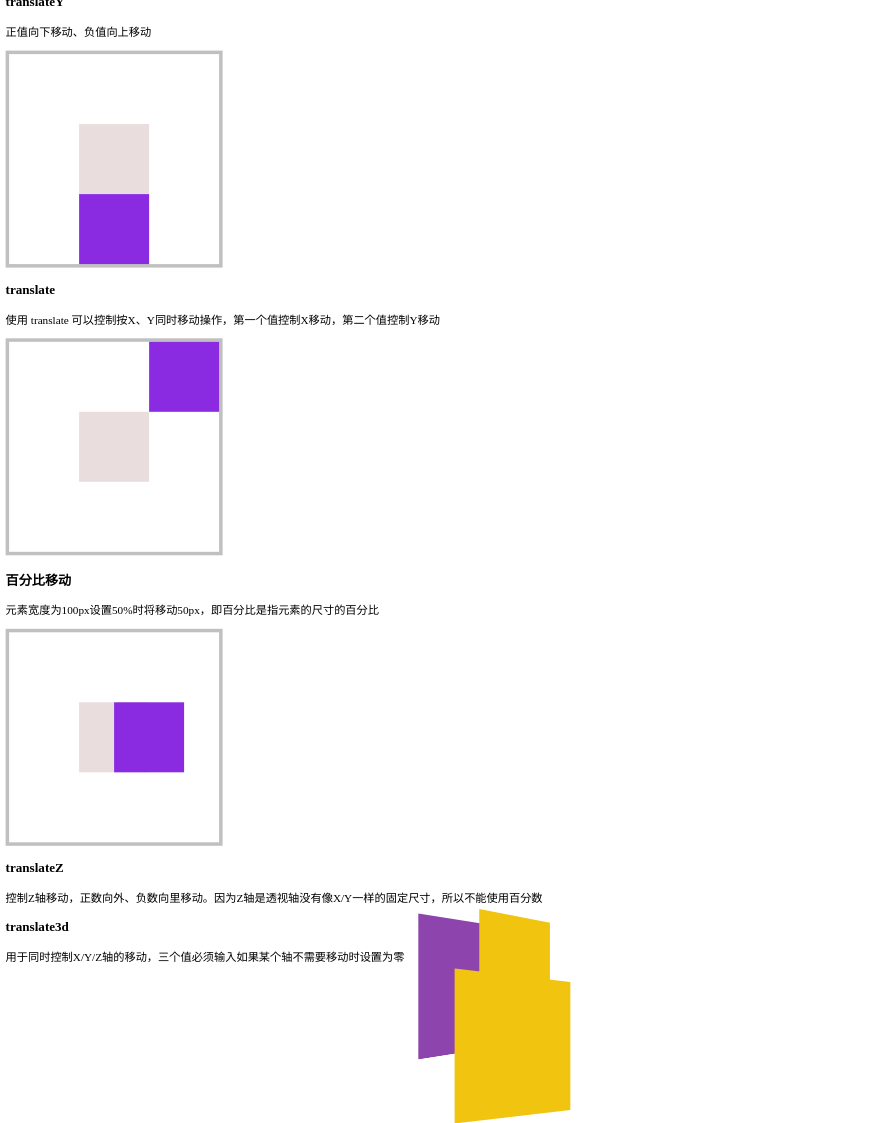
Repository: Aissd/animateDemo
Page: translate.html
An editor plug-in stored every save of this project. The page is shown before and after the next save, followed by the edit.
The browser window is 1280 px wide. The pictures show the part of the page from y = 1386 to 3306 px (the page is 2990 px tall before and 3306 px after), at 70% of full size.

Above is the page before, as saved 2020-05-11 23:21:59.

### translate.html
<!DOCTYPE html>
<html lang="en">
<head>
    <meta charset="UTF-8">
    <meta name="viewport" content="width=device-width, initial-scale=1.0">
    <title>变形动画</title>
    <link rel="stylesheet" href="./css/translate.css" />
</head>
<body>
    <div class="container">
        <section class="demo-section">
            <h3>变形叠加</h3>
            <p>下面设置了两次移动，并不会移动 550px 而是只移动50px</p>
            <div class="demo01"></div>
        </section>

        <section class="demo-section">
            <h3>伪类叠加</h3>
            <div class="demo02"></div>
        </section>

        <section class="demo-section">
            <h3>行内元素</h3>
            <p>行内元素不产生变形效果，将其转为 inline-block 或 block 以及弹性元素时都可以产生变化效果</p>
            <span class="demo03">hdcms</span>
        </section>

        <section class="demo-section">
            <h3>:target</h3>
            <article class="demo04">
                <div>
                    <a href="#hdcms">hdcms</a>
                    <aside id="hdcms">内容管理系统</aside>
                </div>
                <div>
                    <a href="#houdunren">houdunren</a>
                    <aside id="houdunren">在线社区</aside>
                </div>
            </article>
        </section>

        <section class="demo-section">
            <h3>translateX</h3>
            <p>正值向右移动、负值向左移动</p>
            <article class="demo05">
                <div></div>
                <div></div>
            </article>
        </section>

        <section class="demo-section">
            <h3>translateY</h3>
            <p>正值向下移动、负值向上移动</p>
            <article class="demo06">
                <div></div>
                <div></div>
            </article>
        </section>

        <section class="demo-section">
            <h3>translate</h3>
            <p>使用 translate 可以控制按X、Y同时移动操作，第一个值控制X移动，第二个值控制Y移动</p>
            <article class="demo07">
                <div></div>
                <div></div>
            </article>
        </section>

        <section class="demo-section">
            <h3>百分比移动</h3>
            <p>元素宽度为100px设置50%时将移动50px，即百分比是指元素的尺寸的百分比</p>
            <article class="demo08">
                <div></div>
                <div></div>
            </article>
        </section>

        <section class="demo-section">
            <h3>translateZ</h3>
            <p>控制Z轴移动，正数向外、负数向里移动。因为Z轴是透视轴没有像X/Y一样的固定尺寸，所以不能使用百分数</p>
            <div class="rel">
                <main class="demo10">
                    <div class="f"></div>
                    <div class="b"></div>
                </main>
            </div>
        </section>

        <section class="demo-section">
            <h3>translate3d</h3>
            <p>用于同时控制X/Y/Z轴的移动，三个值必须输入如果某个轴不需要移动时设置为零</p>
            <div class="rel">
                <main class="demo11">
                    <div></div>
                </main>
            </div>
        </section>
    </div>
</body>
</html>

### css/translate.css
.rel {
    position: relative;
}

.demo-section {
    margin-bottom: 20px;
}

.demo01 {
    transform: translateX(500px);
    width: 100px;
    height: 100px;
    background: #9b59b6;
}

.demo01:nth-child(1) {
    transform: translateX(50px);
}

.demo02 {
    transition: 2s;
    transform: translateX(200px) translateX(50px);
    width: 100px;
    height: 100px;
    background: #9b59b6;
    transition: 2s;
}

.demo02:hover {
    transform: translateX(100px);
}

.demo03 {
    display: inline-block; /* 去掉这行就失效了 */
    transition: 2s;
    transform: translateX(100px) translateX(50px);
    width: 100px;
    height: 100px;
    background: #9b59b6;
    transition: 2s;
}

.demo03:hover {
    transform: translateX(100px);
}

.demo04 {
    width: 300px;
    height: 300px;
    display: grid;
    gap: 10px;
    grid-template-columns: repeat(2, 1fr);
    grid-template-rows: repeat(2, 1fr);
    position: relative;
    border: 5px solid silver;
    color: #fff;
}

.demo04 div a {
    color: #fff;
    text-decoration: none;
}

.demo04 div,
.demo04 div aside {
    background: blueviolet;
    background-clip: content-box;
    padding: 5px;
    border: solid 2px blueviolet;
    box-sizing: border-box;
    display: flex;
    justify-content: center;
    align-items: center;
    position: relative;
}

.demo04 div aside {
    position: absolute;
    display: none;
    width: 100px;
    height: 100px;
}

.demo04 aside:target {
    display: block;
    transform: translateY(150px);
    box-shadow: 0 0 10px #ddd;
}

.demo05 {
    width: 300px;
    height: 300px;
    position: relative;
    border: solid 5px silver;
}

.demo05 div {
    width: 100px;
    height: 100px;
    background: blueviolet;
    box-sizing: border-box;
    position: absolute;
    left: 50%;
    margin-left: -50px;
    top: 50%;
    margin-top: -50px;
}

.demo05 div:nth-child(1) {
    background: #e9dddd;
}

.demo05 div:nth-child(2) {
    transform: translateX(100px);
}

.demo06 {
    width: 300px;
    height: 300px;
    position: relative;
    border: solid 5px silver;
}

.demo06 div {
    width: 100px;
    height: 100px;
    background: blueviolet;
    box-sizing: border-box;
    position: absolute;
    left: 50%;
    margin-left: -50px;
    top: 50%;
    margin-top: -50px;
}

.demo06 div:nth-child(1) {
    background: #e9dddd;
}

.demo06 div:nth-child(2) {
	transform: translateY(100px);
}

.demo07 {
    width: 300px;
    height: 300px;
    position: relative;
    border: solid 5px silver;
}

.demo07 div {
    width: 100px;
    height: 100px;
    background: blueviolet;
    box-sizing: border-box;
    position: absolute;
    left: 50%;
    margin-left: -50px;
    top: 50%;
    margin-top: -50px;
}

.demo07 div:nth-child(1) {
    background: #e9dddd;
}

.demo07 div:nth-child(2) {
	transform: translate(100px, -100px);
}



.demo08 {
    width: 300px;
    height: 300px;
    position: relative;
    border: solid 5px silver;
}

.demo08 div {
    width: 100px;
    height: 100px;
    background: blueviolet;
    box-sizing: border-box;
    position: absolute;
    left: 50%;
    margin-left: -50px;
    top: 50%;
    margin-top: -50px;
}

.demo08 div:nth-child(1) {
    background: #e9dddd;
}

.demo08 div:nth-child(2) {
	transform: translateX(50%);
}

.demo09 {
    width: 400px;
    height: 400px;
    border: solid 5px silver;
    position: relative;
}

.demo09 div {
    width: 100px;
    height: 100px;
    background: blueviolet;
    position: absolute;
    left: 50%;
    top: 50%;
    transform: translate(-50%, -50%);
}

.demo10 {
    position: absolute;
    left: 50%;
    top: 50%;
    width: 200px;
    height: 200px;
    transform-style: preserve-3d;
    transition: 2s;
    transform: perspective(900px) rotateY(60deg);
}

body:hover .demo10 {
    transform: perspective(600px) rotateY(60deg) scaleZ(5);
}

.demo10 div {
    position: absolute;
    top: 0;
    left: 0;
    width: 100%;
    height: 100%;
    background: #f1c40f;
}

.demo10 div.b {
    background: #8e44ad;
    transform: translateZ(-100px);
}

.demo11 {
    position: absolute;
    left: 50%;
    top: 50%;
    width: 200px;
    height: 200px;
    background: #f1c40f;
    perspective: 600px;
    transform: perspective(600px) rotateY(35deg);
    transition: 2s;
}

body:hover .demo11 {
    transform: perspective(600px) rotateY(35deg) translate3d(50%, 50%, 200px);
}

After the next save:
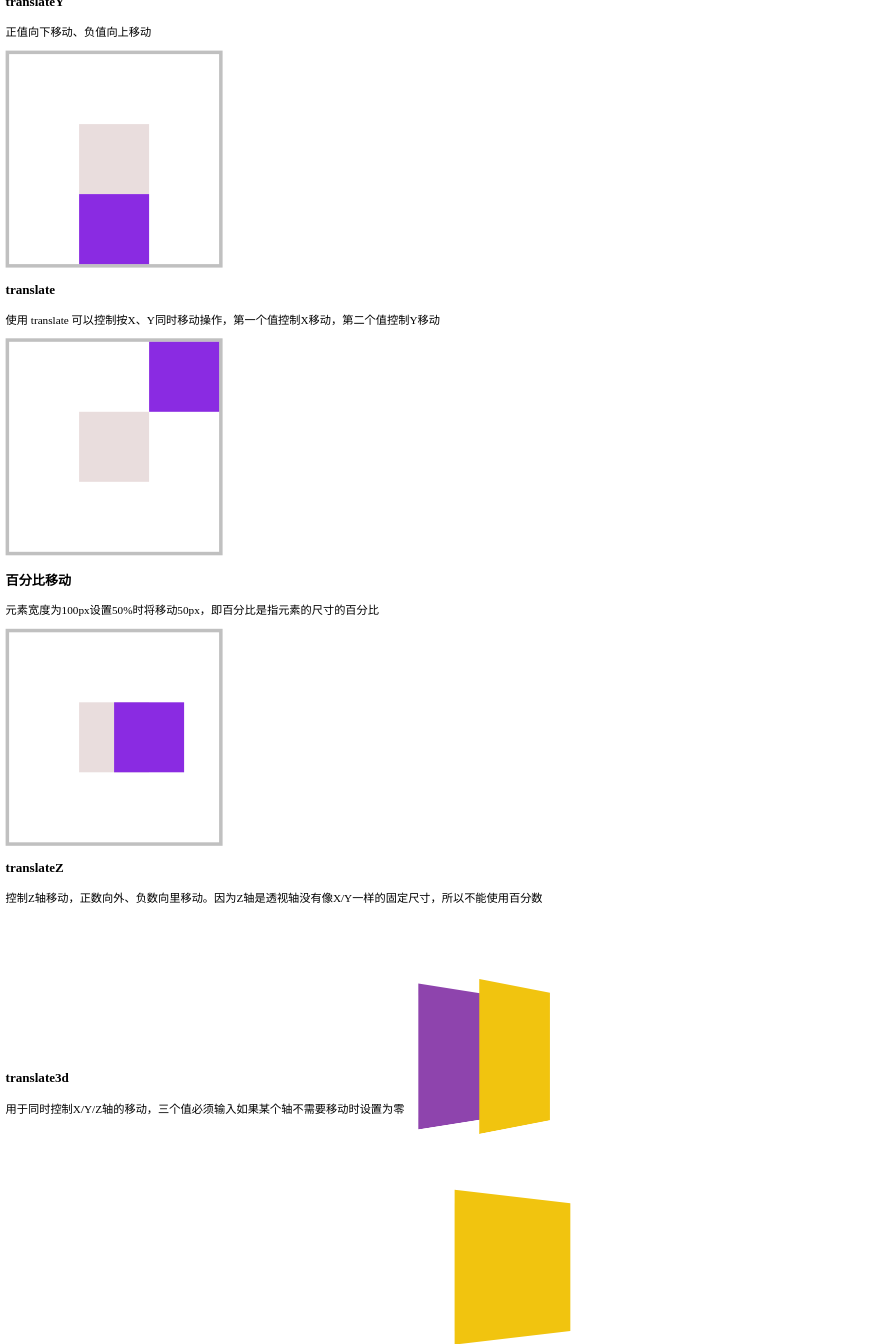
Saved 56 s later.
--- a/css/translate.css
+++ b/css/translate.css
@@ -1,5 +1,6 @@
 .rel {
     position: relative;
+    min-height: 200px;
 }
 
 .demo-section {
